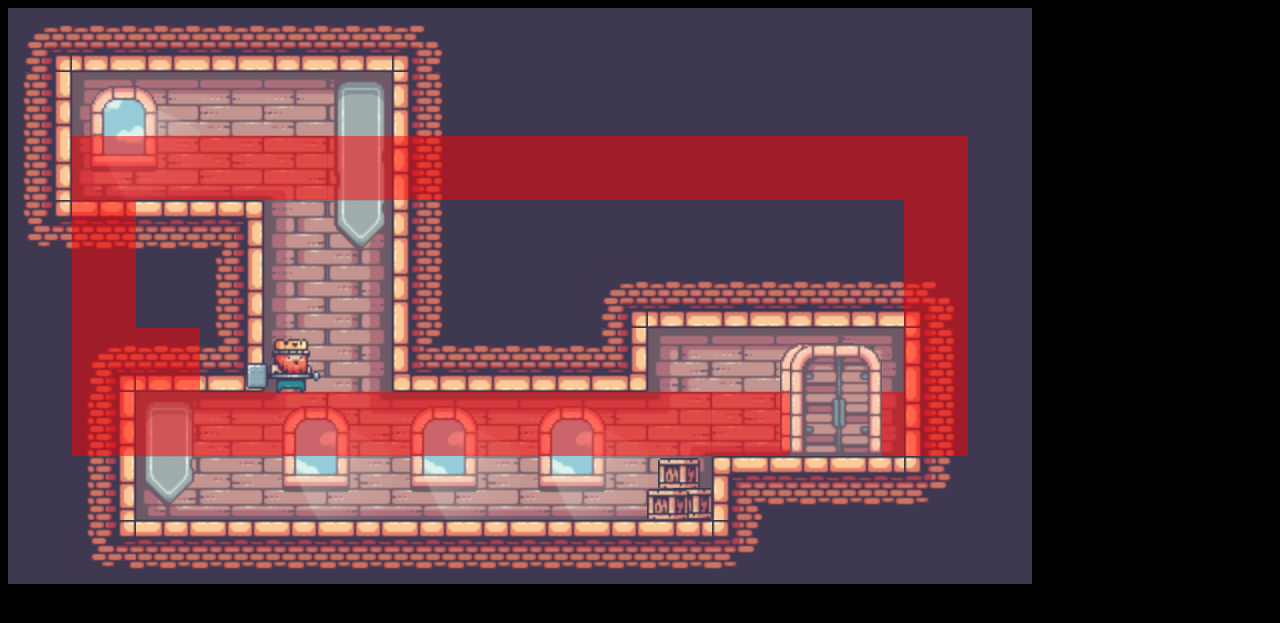
Repository: kassemKu/vanilla_kings_and_pigs
Page: index.html
These files come from the project's save history. The page is drawn as it stood at one moment and after the next save; the edit follows.
The browser window is 1280 px wide. The pictures show the whole page.

Above is the page before, as saved 2022-11-12 22:12:20.

After the next save:
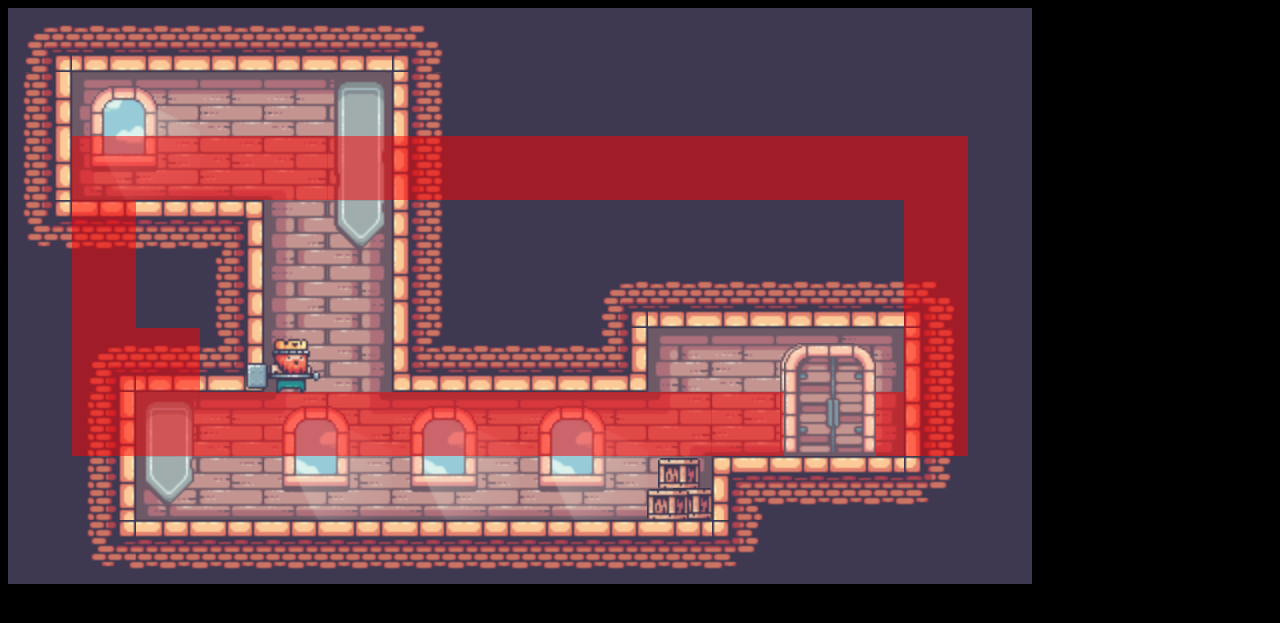
Saved 28 s later.
--- a/main.js
+++ b/main.js
@@ -106,7 +106,7 @@ let levels = {
       doors = [
         new Sprite({
           position: {
-            x: 782.00,
+            x: 776.00,
             y: 336,
           },
           imageSrc: "./img/doorOpen.png",
